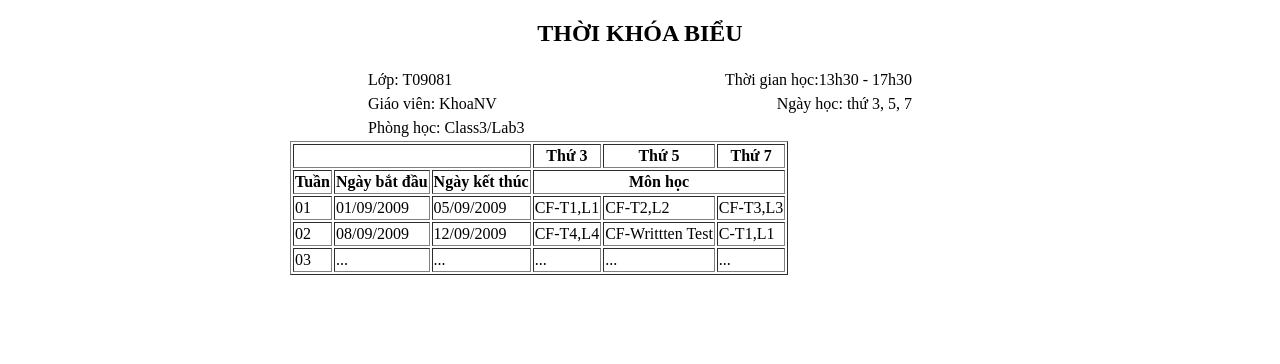
Repository: Lehuyhuynh/BT1-HTML
Page: index.html
The author's editor kept a copy of each file at every save. The page is drawn from the files as they stood at one save, then again after a run of saves.
The browser window is 1280 px wide. The pictures show the whole page.

Above is the page before, as saved 2023-08-06 21:59:25.

After the next 2 saves:
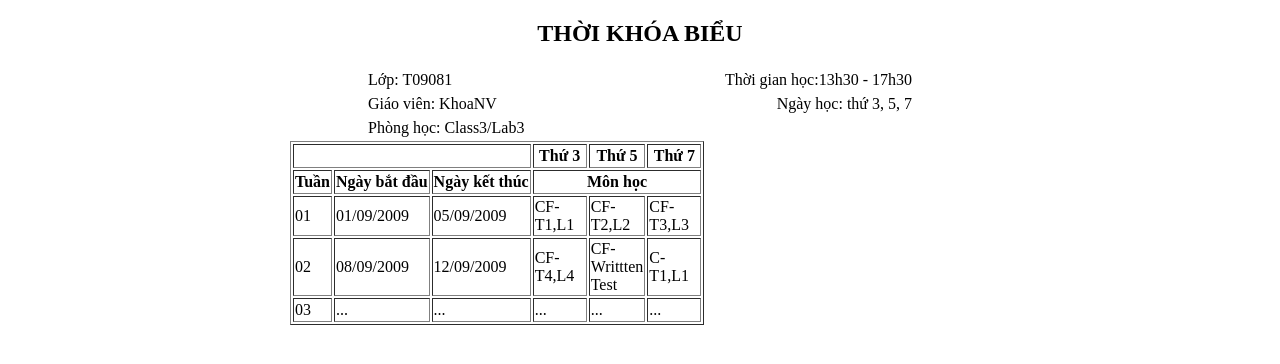
The 2 saves are shown as one change because they came seconds apart.
The last was saved 7 s later.
--- a/index.html
+++ b/index.html
@@ -25,7 +25,7 @@
       height: 20px;
     }
     #rank{
-      width: ;
+      width: 50px;
     }
 
   </style>
